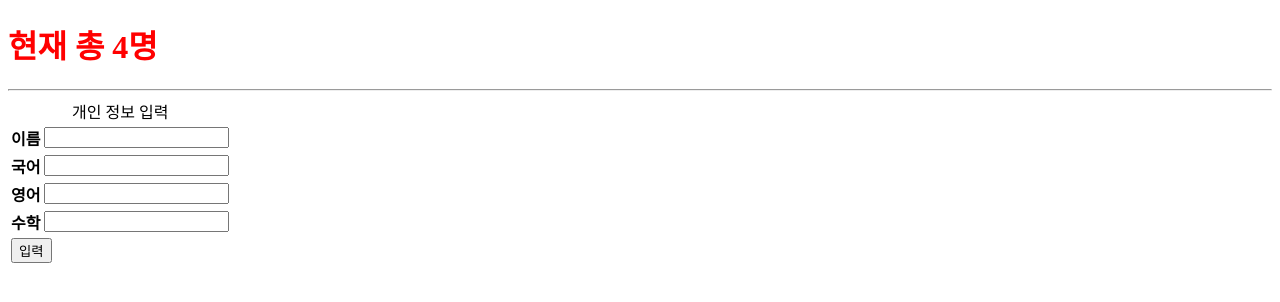
Repository: jim698/Practice
Page: http://localhost/today_test/
These files come from the project's save history. The page is drawn as it stood at one moment and after the next save; the edit follows.
The browser window is 1280 px wide. The pictures show the whole page.
The page is served by Tomcat 9.

Above is the page before, as saved 2020-03-30 06:22:44.

After the next save:
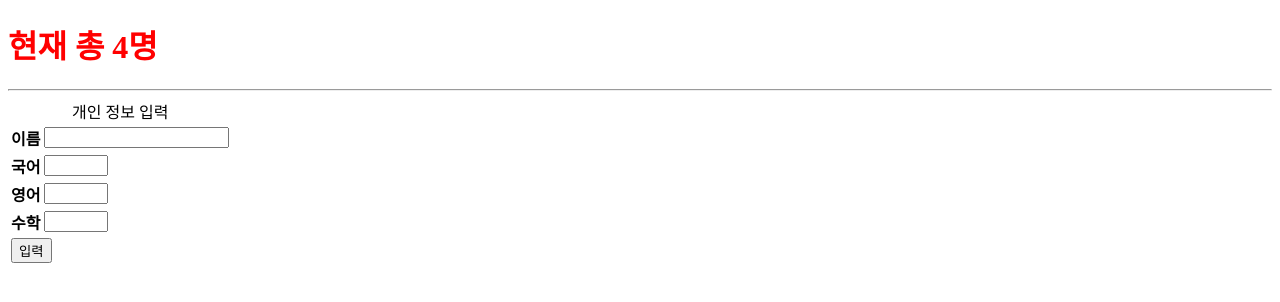
Saved 24 s later.
--- a/today_test/src/main/webapp/WEB-INF/views/inputForm.jsp
+++ b/today_test/src/main/webapp/WEB-INF/views/inputForm.jsp
@@ -22,15 +22,15 @@
 			</tr>
 			<tr>
 				<th>국어</th>
-				<td><input type="number" name="kor"></td>
+				<td><input type="number" name="kor" min=1 max=100></td>
 			</tr>
 			<tr>
 				<th>영어</th>
-				<td><input type="number" name="eng"></td>
+				<td><input type="number" name="eng" min=1 max=100></td>
 			</tr>
 			<tr>
 				<th>수학</th>
-				<td><input type="number" name="mat"></td>
+				<td><input type="number" name="mat" min=1 max=100></td>
 			</tr>
 			<tr>
 				<td colspan="2"><input type="submit" value="입력"></td>
